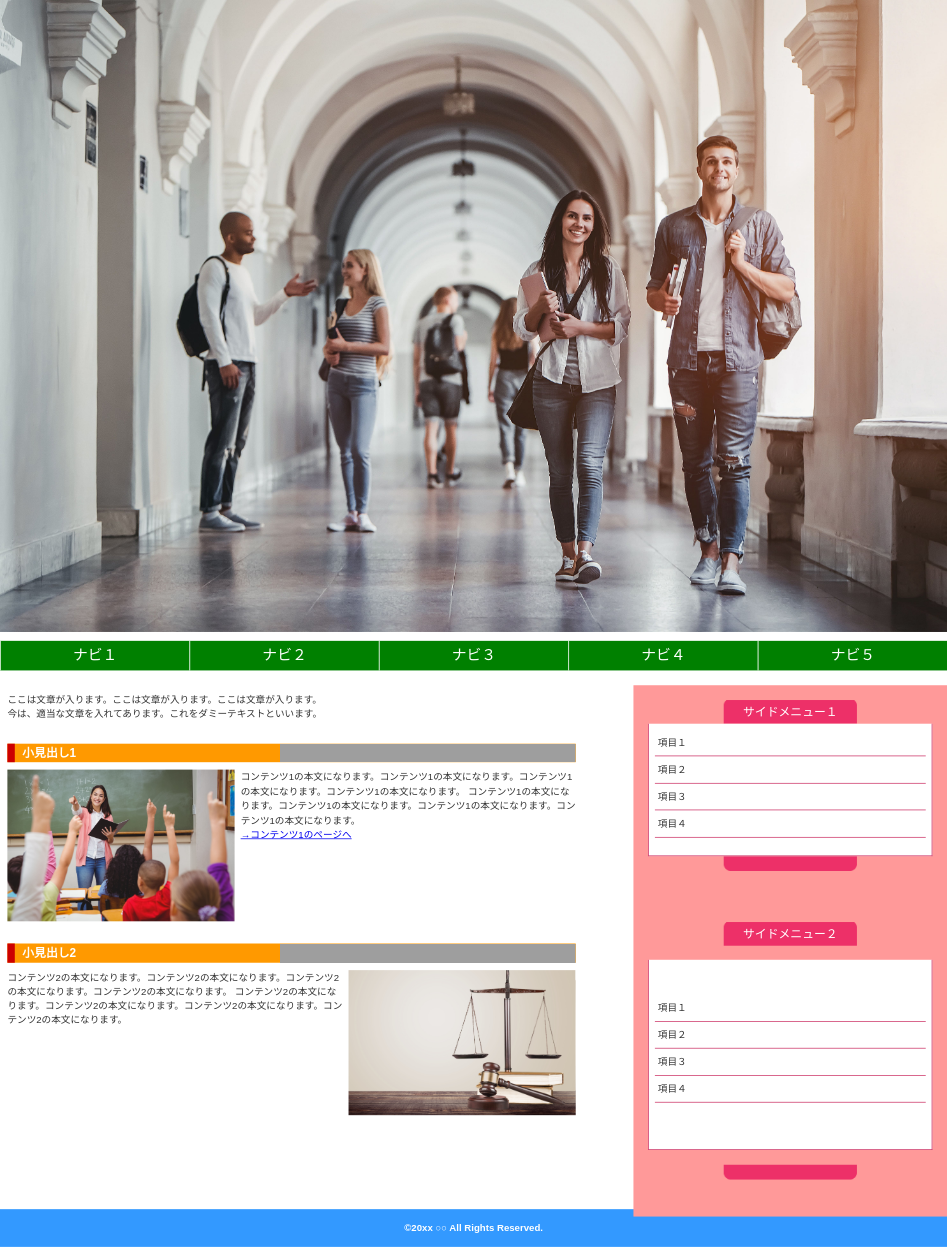
Repository: airtaro/samurai-HTML-CSS
Page: jun-12-/home.html
The author's editor kept a record of every edit. The page is drawn from the files as they stood at one moment, then again after the next edit.
The browser window is 1280 px wide. The pictures show the whole page, at 74% of full size.
The pointer rests on the first visible `#side .box .boxBody ul li`.
Pictures or frames that could not be fetched are drawn as grey boxes.

Above is the page before.

### jun-12-/home.html
<!DOCTYPE html>
<html lang="ja">
<head>
    <meta charset="UTF-8">
    <title>HTML&CSSの学習</title>
    <link rel="stylesheet" href="stylesheet.css">
</head>
<body>
    <div id="header">
        <h1><a href="home.html"><img id="corridor" src="images/corridor.jpg" alt="大学の廊下" /></a></h1>
    </div>
<div id="wrapper">
    <div id="nav">
        <ul>
            <li><a href="home.html">ナビ１</a></li>
            <li><a href="#">ナビ２</a></li>
            <li><a href="#">ナビ３</a></li>
            <li><a href="#">ナビ４</a></li>
            <li><a href="#">ナビ５</a></li>
        </ul>
    </div>
<div id="container">
                <div id="main">
                    <div class="post">
                       <p>ここは文章が入ります。ここは文章が入ります。ここは文章が入ります。<br />今は、適当な文章を入れてあります。これをダミーテキストといいます。</p>
                    </div>
                    <div class="post clearfix">
                        <h2>小見出し1</h2>
                        <img class="left" src="images/classroom.jpg" alt="授業風景" />
                        <p>
                            コンテンツ1の本文になります。コンテンツ1の本文になります。コンテンツ1の本文になります。コンテンツ1の本文になります。
                            コンテンツ1の本文になります。コンテンツ1の本文になります。コンテンツ1の本文になります。コンテンツ1の本文になります。
                      </p>
                        <p><a href="#">→コンテンツ1のページへ</a></p>
                    </div>
                    <div class="post clearfix">
                        <h2>小見出し2</h2>
                        <img class="right" src="images/scale.jpg" alt="天秤" />
                        <p>
                            コンテンツ2の本文になります。コンテンツ2の本文になります。コンテンツ2の本文になります。コンテンツ2の本文になります。
                            コンテンツ2の本文になります。コンテンツ2の本文になります。コンテンツ2の本文になります。コンテンツ2の本文になります。
                        </p>
                    </div>
               </div>
               <div id="side">
                   <div class="box">
                       <h2>サイドメニュー１</h2>
                       <div class="boxBody">
                           <ul>
                               <li>項目１</li>
                               <li>項目２</li>
                               <li>項目３</li>
                               <li>項目４</li>
                           </ul>
                       </div>
                   </div>
        　　　　<div class="box">
        　　　　<h2>サイドメニュー２</h2>
        　　　　<div class="boxBody">
        　　　　<ul>
         　　　　    <li>項目１</li>
                 <li>項目２</li>
                 <li>項目３</li>
                 <li>項目４</li>
        　　　　</ul>
        　　　　</div>
        　　　　</div>
           </div>
            </div>
            </div>
    <div id="footer">
        <p>&copy;20xx ○○ All Rights Reserved.</p>
    </div>
</body>
</html>

### jun-12-/stylesheet.css
@charset "utf-8";

body {
	margin: 0;
	padding: 0;
	font-family: "ヒラギノ角ゴ Pro W3", "Hiragino Kaku Gothic Pro", "メイリオ", Meiryo, Osaka, "ＭＳ Ｐゴシック", "MS PGothic", sans-serif;
	color: #333;
	font-size: 13px;
	line-height: 150%;
}

/* -------------------- wrapper -------------------- */
#wrapper {
	width: 100%;
	margin: auto;
	padding: 0px;
	border: 0px;
	background-color: #FFF;
	top: 10px;
	position: relative;
}

/* -------------------- header -------------------- */
#header {
	width: 100%;
}
#header h1 {
	margin: 0;
	padding: 0;
}

#corridor {
	width: 100%;
	height: auto;
}

/* -------------------- footer -------------------- */
#footer {
	clear: both;
	width: 100%;
	padding: 3px 0 3px 0;
	background: #39F;
	color: #FFF;
	font-weight: bold;
	text-align: center;
}

/* -------------------- nav -------------------- */
#nav {
	width: 100%;
}
#nav ul {
	margin: 0;
	padding: 0;
	list-style-type: none;
}
#nav ul li {
	float: left;
	width: 20%;
	text-align: center;
}
#nav ul li a {
	display: block;
	height: 20px;
	margin: 0;
	padding: 10px;
	color: #FFF;
	font-size: 20px;
	text-decoration: none;
	background-color: green;
    border-left: 1px solid white;
}

#nav ul li a:hover{
	filter:drop-shadow(10px 10px 10px black);
}

/* -------------------- container -------------------- */
#container {
	width: 100%;
	margin: auto ;
	padding: auto;
	padding-top: 20px;
	clear: both;
}
/* -------------------- main -------------------- */
#main {
	float: left;
	width: 60%;
	padding: 10px 30px 10px 10px;
}
#main h2 {
	margin: 0 0 10px 0;
	padding: 3px 10px 3px 10px;
	color: #FFF;
	font-size: 16px;
	border-left: solid 10px #C00;
	background: #F90 url(../images/main_h2.jpg) right top repeat-y;
}
#main p {
	margin: 0;
	padding: 0;
}
#main .post {
	margin: 0 0 30px 0;
}

#main .post img.right {
	margin: 0 0 0 8px;
}
#main .post img.left {
	margin: 0 8px 0 0;
}

.right {
	float: right;
	width: 40%;
	height: auto;
}
.left {
	float: left;
	width: 40%;
	height: auto;
}

/* -------------------- clearfix -------------------- */
.clearfix {
	zoom: 1;
}
.clearfix:after{
	content: "";
	display: block;
	clear: both;
}

/* -------------------- side -------------------- */
#side {
	float: right;
	width: 30%;
	padding: 20px;
	background-color: #F99;
}
#side .box {
	margin: 0 auto 30px auto;
	padding: 0 0 20px 0;
	background: url(images/side_box.jpg) bottom no-repeat;
}
#side .box h2 {
	margin: 0;
	padding: 8px;
	text-align: center;
	color: #fff;
	font-size: 16px;
	line-height: 16px;
	font-weight: normal;
	background: url(images/side_box_h2.jpg) center no-repeat;
}
#side .box .boxBody {
	padding: 8px;
	border-right: solid 1px #C36;
	border-bottom: solid 1px #C36;
	border-left: solid 1px #C36;
	background: #fff;
}
#side .box .boxBody ul {
	margin: 0 0 16px 0;
	padding: 0;
}
#side .box .boxBody ul li {
	padding: 8px 0 8px 4px;
	list-style: none;
	border-bottom: solid 1px #C36;
}

#side .box .boxBody ul li:hoverz{
	  padding:8px 0 8px 4px;
	  list-style: none;
	  border-bottom:solid 1px #C36;
	  box-shadow:0px 4px 4px rgba(0,0,0,0.3);
}

After the next edit:
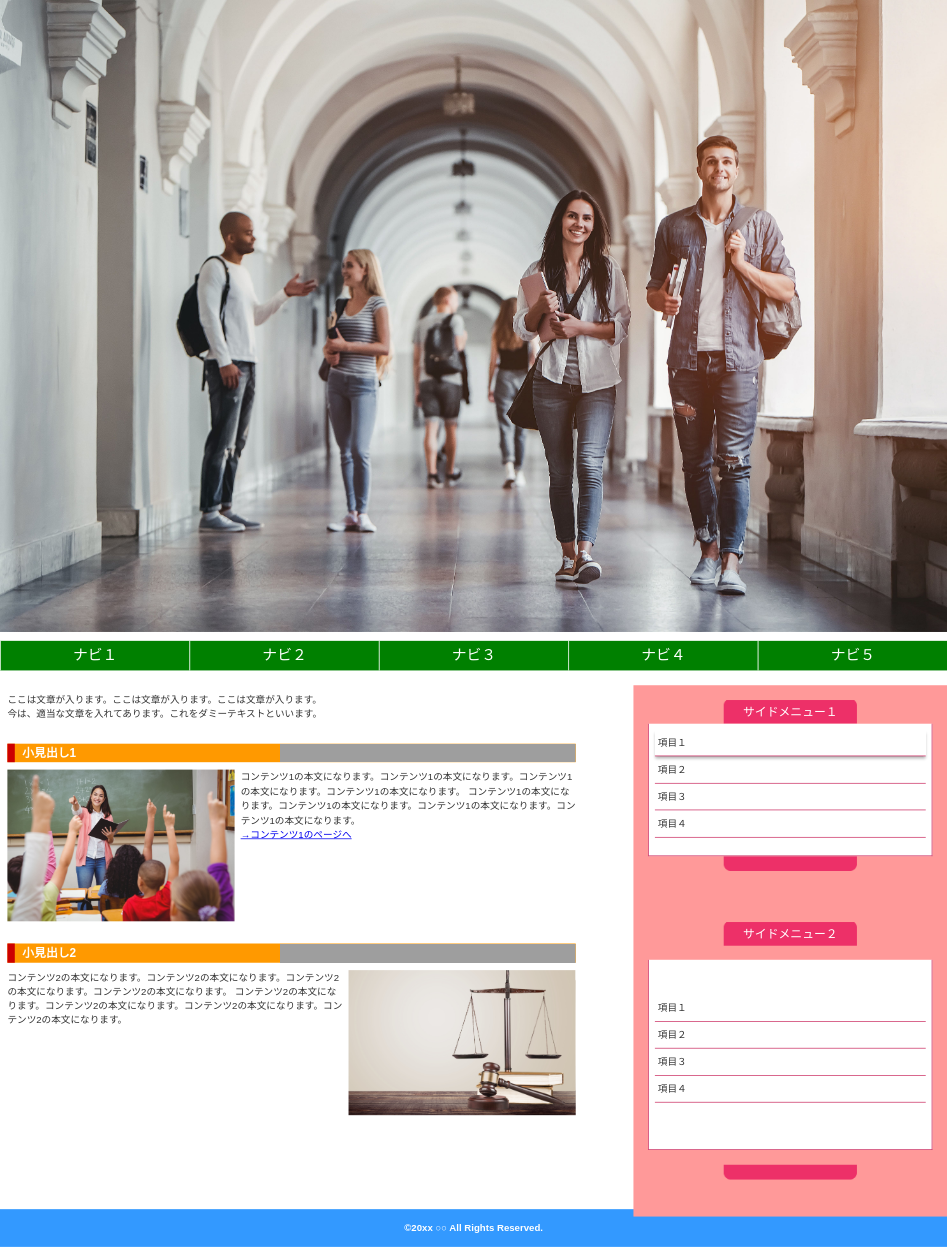
The edit:
--- a/jun-12-/stylesheet.css
+++ b/jun-12-/stylesheet.css
@@ -172,7 +172,7 @@
 	border-bottom: solid 1px #C36;
 }
 
-#side .box .boxBody ul li:hoverz{
+#side .box .boxBody ul li:hover{
 	  padding:8px 0 8px 4px;
 	  list-style: none;
 	  border-bottom:solid 1px #C36;
